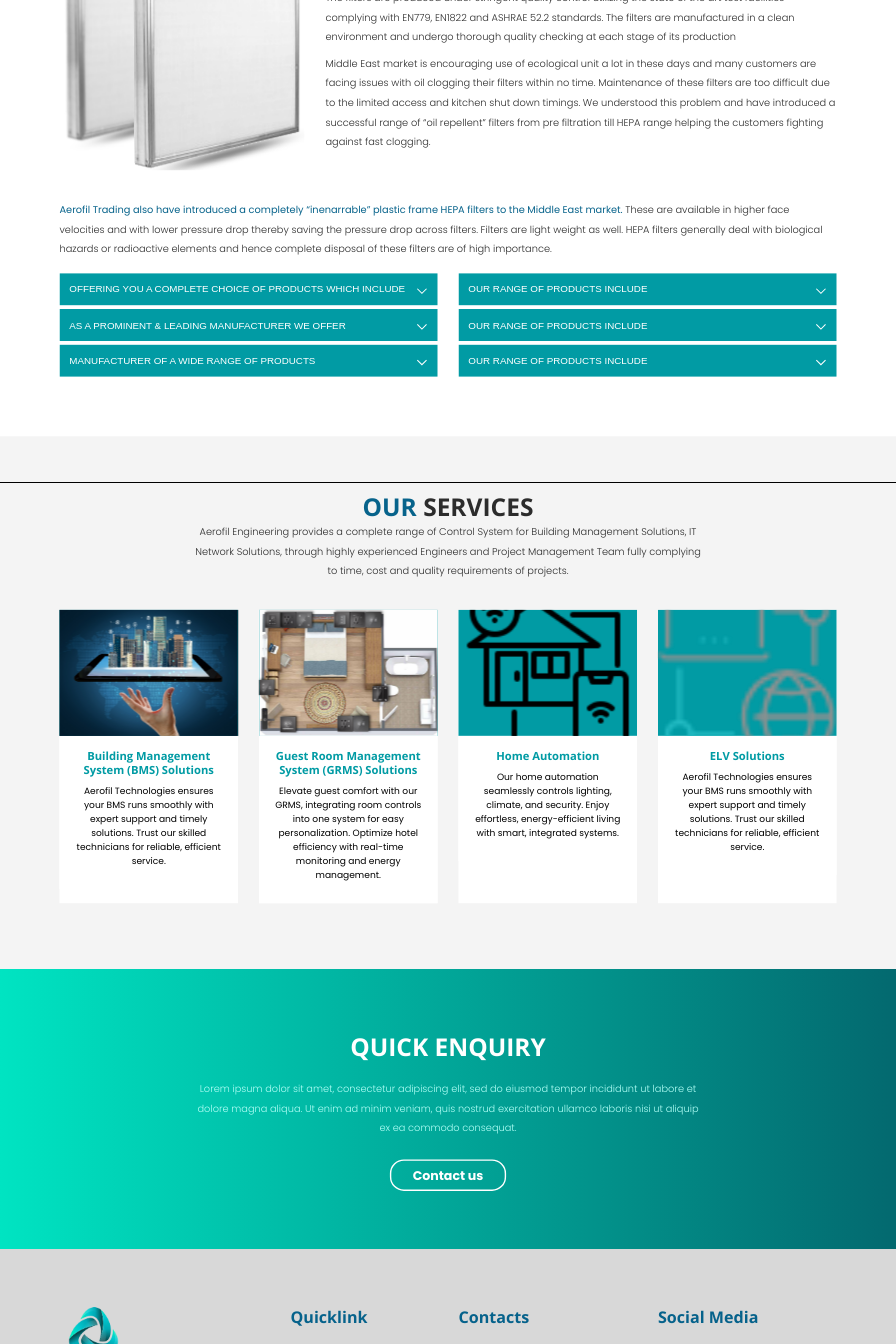
Repository: aslamvrtly/aerofil
Page: index.html
These files come from the project's save history. The page is drawn as it stood at one moment and after the next save; the edit follows.
The browser window is 1280 px wide. The pictures show the part of the page from y = 2216 to 4136 px (the page is 4488 px tall), at 70% of full size.

Above is the page before, as saved 2024-09-04 19:45:47.

After the next save:
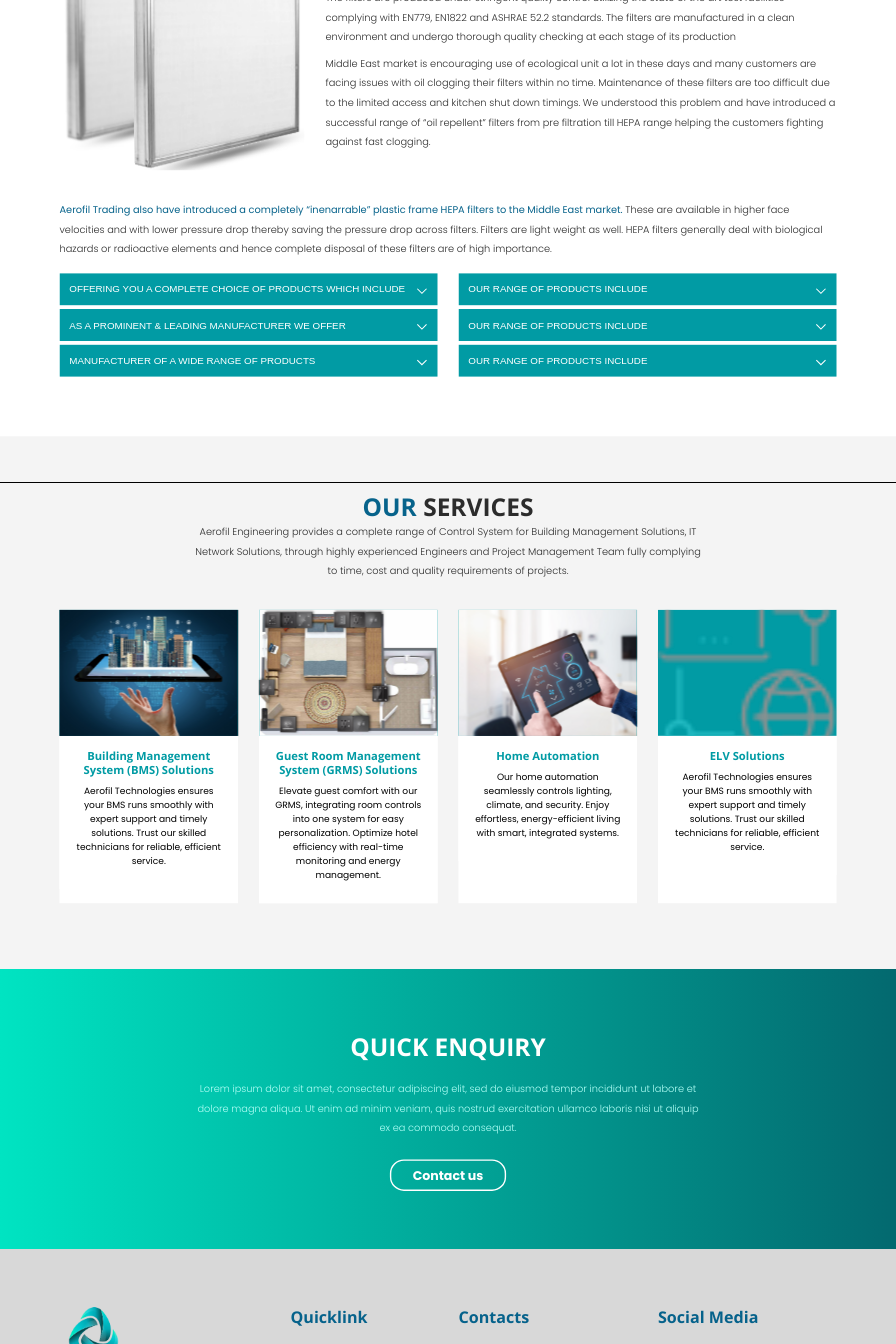
Saved 4 s later.
--- a/index.html
+++ b/index.html
@@ -425,7 +425,7 @@
 				<div class="col-md-3 mb-3">
 					<div class="service-box">
 						<div class="service-icon">
-							<img src="images/services/home-automation.png" class="img-fluid">
+							<img src="images/services/home-automation-bg.jpg" class="img-fluid">
 						</div>
 						<div class="service-content">
 							<h4>Home Automation</h4>
